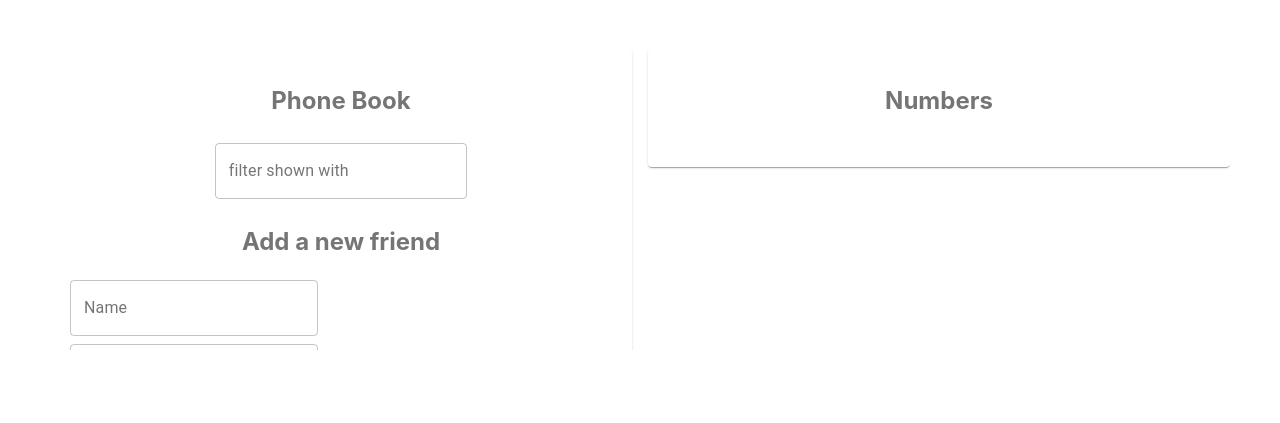
Repository: StacyLafume/phone-book
Page: / (app in phone-book/)
The author's editor kept a copy of each file at every save. The page is drawn from the files as they stood at one save, then again after the next save.
The browser window is 1280 px wide. The pictures show the whole page.
The page's requests for data from a server got no answer. The project was rebuilt for these pictures with package versions that can differ from the ones it lists, and the page was loaded fresh each time. No one was signed in, and anything a server would have sent is missing. Also part of the build but not shown: phone-book/src/PhoneBook.js.

Above is the page before, as saved 2021-04-01 20:24:20.

After the next save:
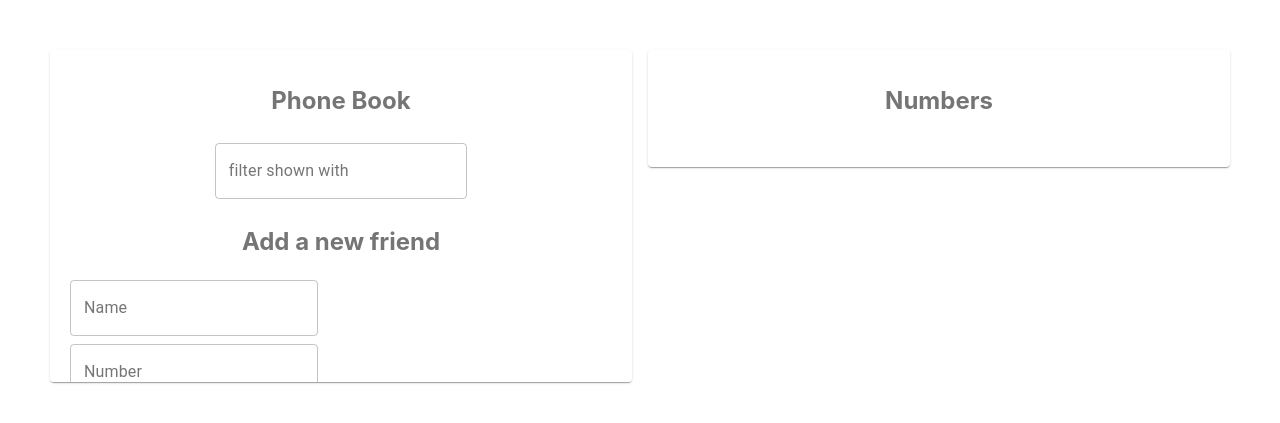
Saved 36 s later.
--- a/phone-book/src/App.js
+++ b/phone-book/src/App.js
@@ -24,13 +24,14 @@ const App = () => {
     root: {
       flexGrow: 1,
       margin: 50,
-      overflow: 'auto',
-      maxHeight: 300,
+
     },
     paper: {
       padding: theme.spacing(2),
       justifyItems: 'center',
       color: theme.palette.text.secondary,
+      overflow: 'auto',
+      maxHeight: 300,
 
     },
   }));
